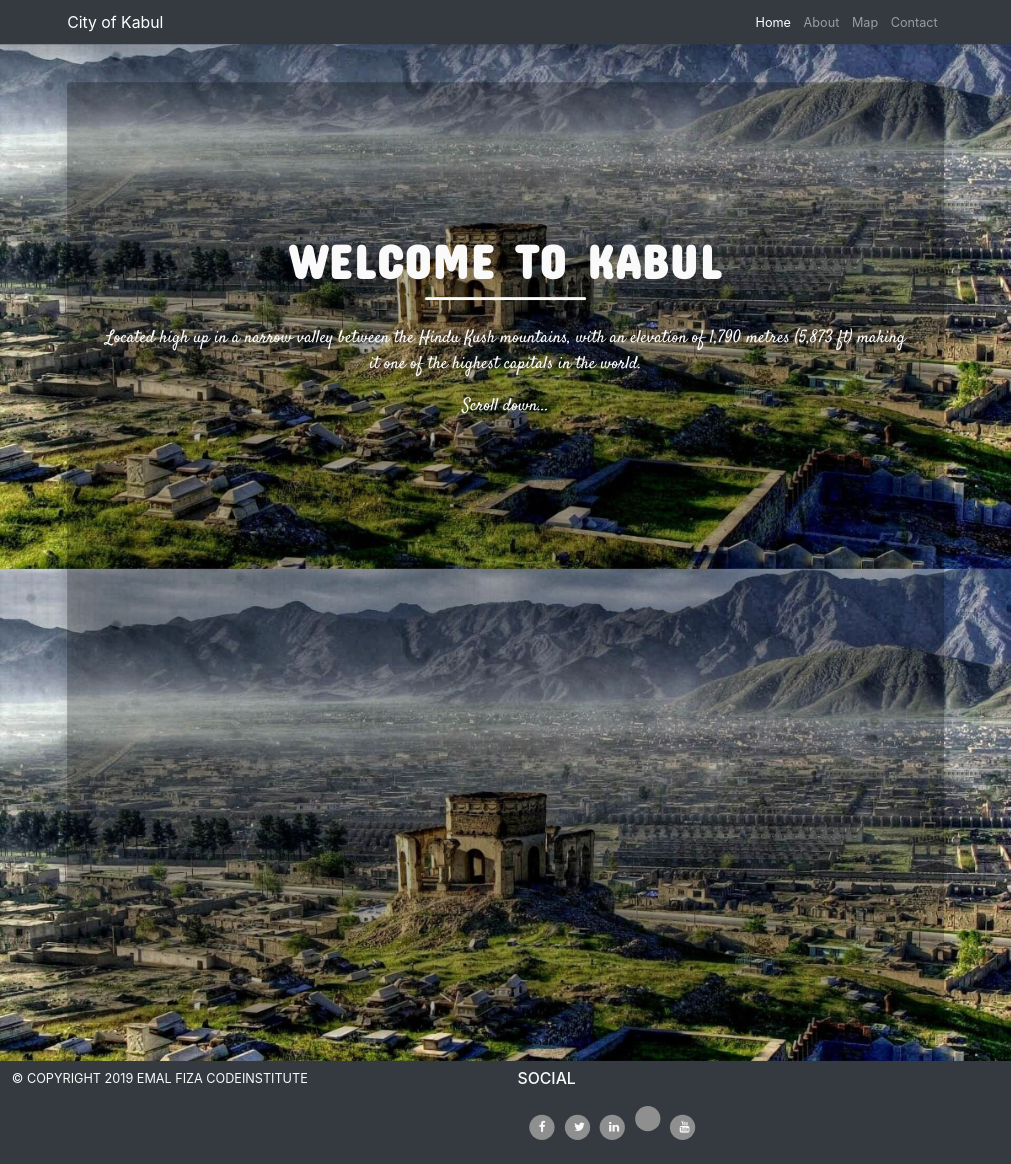
Repository: emalfiza/project-kabul
Page: index.html
The author's editor kept a record of every edit. The page is drawn from the files as they stood at one moment, then again after the next edit.
The browser window is 1280 px wide. The pictures show the whole page, at 79% of full size.
Backgrounds fixed to the window are drawn as part of the page.

Above is the page before.

### index.html
<!DOCTYPE html>
<html lang="en">

<head>
  <meta charset="UTF-8">
  <meta name="viewport" content="width=device-width, initial-scale=1.0">
  <meta http-equiv="X-UA-Compatible" content="ie=edge">
  <link rel="stylesheet" href="https://stackpath.bootstrapcdn.com/bootstrap/4.3.1/css/bootstrap.min.css" type="text/css" />
  <link rel="stylesheet" href="https://stackpath.bootstrapcdn.com/font-awesome/4.7.0/css/font-awesome.min.css" type="text/css" />
  <link rel="stylesheet" href="assets/css/style.css" type="text/css" />
  <title>City of Kabul</title>
</head>

<body>
  <section>

  <!------------------------------------------- Navigation -->

  <nav class="navbar navbar-expand-lg navbar-dark bg-dark static-top mb-5 shadow">
    <div class="container">
      <a class="navbar-brand" href="#">City of Kabul</a>
      <button class="navbar-toggler" type="button" data-toggle="collapse" data-target="#navbarResponsive" aria-controls="navbarResponsive" aria-expanded="false" aria-label="Toggle navigation">
          <span class="navbar-toggler-icon"></span>
        </button>
      <div class="collapse navbar-collapse" id="navbarResponsive">
        <ul class="navbar-nav ml-auto">
          <li class="nav-item active">
            <a class="nav-link" href="#">Home
                <span class="sr-only">(current)</span>
              </a>
          </li>
          <li class="nav-item">
            <a class="nav-link" href="#">About</a>
          </li>
          <li class="nav-item">
            <a class="nav-link" href="#">Map</a>
          </li>
          <li class="nav-item">
            <a class="nav-link" href="#">Contact</a>
          </li>
        </ul>
      </div>
    </div>
  </nav>

  <!------------------------------------------ Page Content -->

  <div class="container">
    <div class="card border-0 shadow my-5">
      <div class="card-body p-5">
        <div class="context">
          <h1 class="title">Welcome To Kabul</h1>
          <hr>
          <p class="primary">Located high up in a narrow valley between the Hindu Kush mountains, with an elevation
          of 1,790 metres (5,873 ft) making it one of the highest capitals in the world.</p>
          <p class="lead">Scroll down...</p>
        </div>
       <div style="height: 700px"></div>
      </div>
    </div>
  </div>

  </section>

  <footer class="container-fluid">
    <div class="row">
      <div class="col-sm-6">
        <p class="uppercase general-sub">&copy; Copyright 2019 Emal Fiza CodeInstitute</p>
      </div>
      <div class="col-sm-6">
        <h5 class="uppercase general-sub">Social</h5>
        <ul class="list-inline social-links">
          <li class="list-inline-item">
            <a target="_blank" href="#">
              <i class="fa fa-facebook" aria-hidden="true"></i>
              <span class="sr-only">Facebook</span>
            </a>
          </li>
          <li class="list-inline-item">
            <a target="_blank" href="#">
              <i class="fa fa-twitter" aria-hidden="true"></i>
              <span class="sr-only">Twitter</span>
            </a>
          </li>
          <li class="list-inline-item">
            <a target="_blank" href="#">
              <i class="fa fa-linkedin" aria-hidden="true"></i>
              <span class="sr-only">LinkedIn</span>
            </a>
          </li>
          <li class="list-inline-item">
            <a target="_blank" href="#">
              <i class="fa fa-wikipedia" aria-hidden="true"></i>
              <span class="sr-only">Wikipedia</span>
            </a>
          </li>
          <li class="list-inline-item">
            <a target="_blank" href="#">
              <i class="fa fa-youtube" aria-hidden="true"></i>
              <span class="sr-only">YouTube</span>
            </a>
          </li>
        </ul>
      </div>
    </div>

  </footer>
</body>

</html>

### assets/css/style.css
@import url('https://fonts.googleapis.com/css?family=Concert+One|Satisfy&display=swap:100,200,300,400,500,600,700,800|satisfy:100,200,300,400,500,600,700,800');

/* -----------------------------------------------------Navbar --*/

.navbar-brand {
  color: #fafafa;
}

/* -- The bellow body css imported from the startbootstrap.com --*/

body {
  background: url("../images/kabul.jpg") no-repeat center center fixed;
  background-size: cover;
  -webkit-background-size: cover;
  -moz-background-size: cover;
  -o-background-size: cover;
}

/* -----------------------------------------------------Heading --*/

.title {
  font-family: "Concert One", sans-serif;
  font-weight: bolder;
  text-align: center;
  letter-spacing: 2px;
  text-transform: uppercase;
  font-size: 60px;
  color: #fafafa;
  margin-bottom: 10px;
}

hr {
  width: 20%;
  display: block;
  margin-top: 0.5em;
  margin-bottom: 0.5em;
  margin-left: auto;
  margin-right: auto;
  border-style: double;
  border-width: 1px;
  border-radius: 2px;
  height: 2px;
  color: #fafafa;
  background-color: #fafafa;
}

.card {
  background-color: rgba(0, 0, 0, 0.3);
}

.context {
  margin-top: 14%;
}

.primary,
.lead {
  font-family: "satisfy", sans-serif;
  font-size: 22px;
  color: #fafafa;
  text-align: center;
  margin-top: 32px;
}

.lead {
  margin-top: 20px;
}

/* -----------------------------------------------------Footer --*/

footer {
  background-color: #343a40!important;
  color: #fafafa;
  min-height: 100px;
}

.uppercase {
  text-transform: uppercase;
}

.general-sub {
  font-family: -apple-system,BlinkMacSystemFont,"Segoe UI",Roboto,"Helvetica Neue",Arial,"Noto Sans",sans-serif,
  "Apple Color Emoji","Segoe UI Emoji","Segoe UI Symbol","Noto Color Emoji";
  margin-top: 10px;
}

.special {
  margin-left: 0px;
  margin-top: 50px;
}

.social-links {
  padding: 15px;
}

.social-links li a i {
  position: relative;
  width: 32px;
  height: 32px;
  padding: 12px;
  border-radius: 50%;
  font-size: 15px;
  line-height: 8px;
  text-align: center;
  color: #fafafa;
  background-color: #8f8f8f;
  transition: all 0.40s ease-in-out;
  -moz-transition: all 0.40s ease-in-out;
  -webkit-transition: all 0.40s ease-in-out;
  -o-transition: all 0.40s ease-in-out;
}

.social-links li a i:hover {
  background-color: #252525;
}

After the next edit:
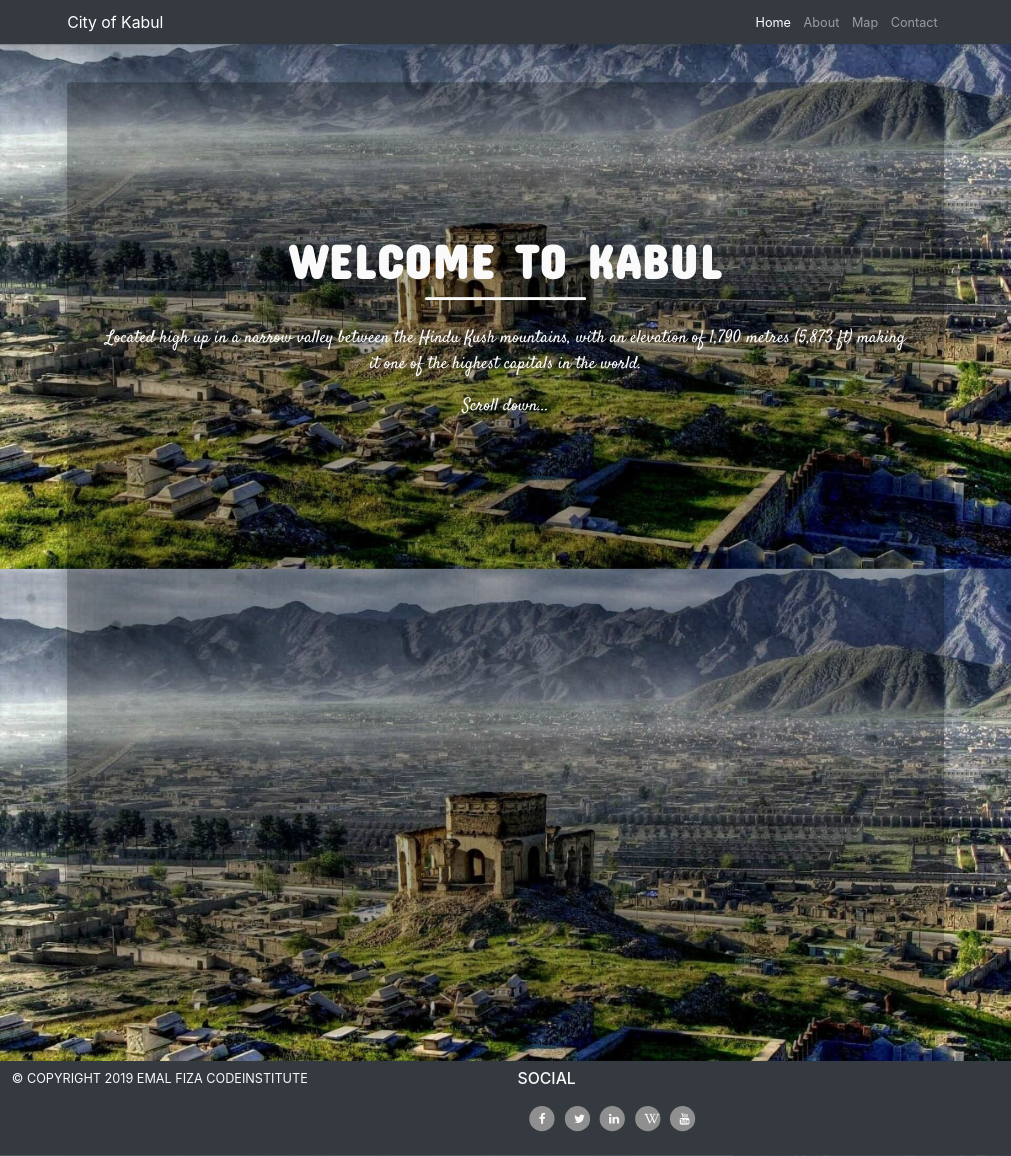
The edit:
--- a/index.html
+++ b/index.html
@@ -90,7 +90,7 @@
           </li>
           <li class="list-inline-item">
             <a target="_blank" href="#">
-              <i class="fa fa-wikipedia" aria-hidden="true"></i>
+              <i class="fa fa-wikipedia-w" aria-hidden="true"></i>
               <span class="sr-only">Wikipedia</span>
             </a>
           </li>
